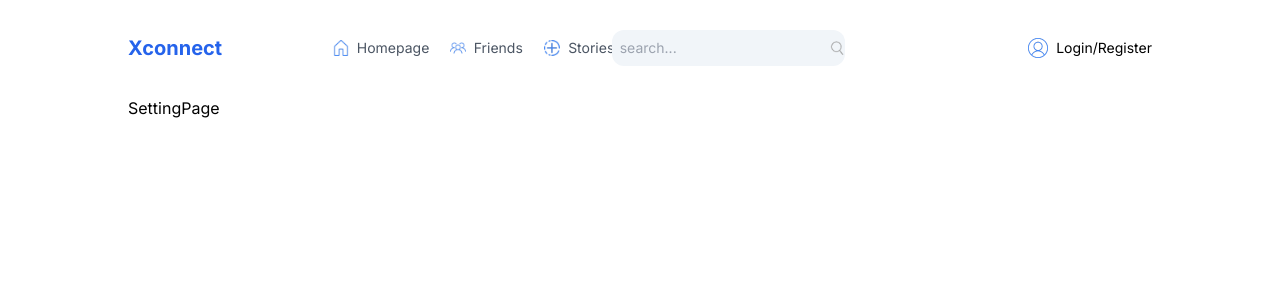
Repository: Tedydev-web/Xconnect
Page: /settings
These files come from the project's save history. The page is drawn as it stood at one moment and after the next save; the edit follows.
The browser window is 1280 px wide. The pictures show the whole page.
The page's requests for data from a server got no answer. The project was rebuilt for these pictures with package versions that can differ from the ones it lists, and the page was loaded fresh each time. Some packages were replaced by stand-ins written for this rebuild. The framework's server and built-in components were replaced by stand-ins that run in the browser. No one was signed in, and anything a server would have sent is missing. Also part of the build but not shown: next.config.mjs.

Above is the page before, as saved 2024-10-15 10:29:27.

### src/app/layout.tsx
import type { Metadata } from 'next';
import { Inter } from 'next/font/google';
import './globals.css';
import Navbar from '@/components/Navbar';
import { ClerkProvider } from '@clerk/nextjs';

const inter = Inter({ subsets: ['latin'] });

export const metadata: Metadata = {
	title: 'Xconnect',
	description: 'Social media app built with Next.js',
};

export default function RootLayout({
	children,
}: Readonly<{
	children: React.ReactNode;
}>) {
	return (
		<ClerkProvider>
			<html lang="en">
				<body className={inter.className}>
					<div className="w-full bg-white px-4 md:px-8 lg:px-16 xl:px-32 2xl:px-64">
						<Navbar />
					</div>
					<div className=" bg-black-100 px-4 md:px-8 lg:px-16 xl:px-32 2xl:px-64">{children}</div>
				</body>
			</html>
		</ClerkProvider>
	);
}

### src/app/settings/page.tsx
const SettingPage = () => {
  return (
    <div className=''>SettingPage</div>
  )
}

export default SettingPage

### src/app/globals.css
@tailwind base;
@tailwind components;
@tailwind utilities;

.scrollbar-hide::-webkit-scrollbar{
  display: none;
}

.scrollbar-hide{
  scrollbar-width: none;
}

### src/components/Navbar.tsx
import Link from 'next/link';
import MobileMenu from './MobileMenu';
import Image from 'next/image';
import { ClerkLoaded, ClerkLoading, SignedIn, SignedOut, UserButton } from '@clerk/nextjs';

const Navbar = () => {
	return (
		<div className="h-24 flex items-center justify-between">
			{/* LEFT */}
			<div className="md:hidden lg:block w-[20%]">
				<Link
					href="/"
					className="font-bold text-xl text-blue-600">
					Xconnect
				</Link>
			</div>
			{/* CENTER */}
			<div className="hidden md:flex w-[50%] text-sm items-center justify-between">
				{/* LINKS */}
				<div className="flex gap-6 text-gray-600">
					<Link
						href="/"
						className="flex items-center gap-2">
						<Image
							src="/home.png"
							alt="Homepage"
							width={16}
							height={16}
							className="w-4 h-4"
						/>
						<span>Homepage</span>
					</Link>
					<Link
						href="/"
						className="flex items-center gap-2">
						<Image
							src="/friends.png"
							alt="Friends"
							width={16}
							height={16}
							className="w-4 h-4"
						/>
						<span>Friends</span>
					</Link>
					<Link
						href="/"
						className="flex items-center gap-2">
						<Image
							src="/stories.png"
							alt="Stories"
							width={16}
							height={16}
							className="w-4 h-4"
						/>
						<span>Stories</span>
					</Link>
				</div>
				<div className="hidden xl:flex p-2 bg-slate-100 items-center rounded-xl">
					<input
						type="text"
						placeholder="search..."
						className="bg-transparent outline-none"
					/>
					<Image
						src="/search.png"
						alt=""
						width={14}
						height={14}
					/>
				</div>
			</div>
			{/* RIGHT */}
			<div className="w-[30%] flex items-center gap-4 xl:gap-8 justify-end">
				<ClerkLoading>
					<div className="inline-block h-4 w-4 animate-spin rounded-full border-2 border-gray-500 border-solid border-current border-e-transparent align-[-0.125em] text-surface motion-reduce:animate-[spin_1.5s_linear_infinite] dark:text-white" />
				</ClerkLoading>
				<ClerkLoaded>
					<SignedIn>
						<div className="cursor-pointer">
							<Image
								src="/people.png"
								alt=""
								width={24}
								height={24}
							/>
						</div>
						<div className="cursor-pointer">
							<Image
								src="/messages.png"
								alt=""
								width={20}
								height={20}
							/>
						</div>
						<div className="cursor-pointer">
							<Image
								src="/notifications.png"
								alt=""
								width={20}
								height={20}
							/>
						</div>
						<UserButton />
					</SignedIn>
					<SignedOut>
						<div className="flex items-center gap-2 text-sm">
							<Image
								src="/login.png"
								alt=""
								width={20}
								height={20}
							/>
							<Link href="/sign-in">Login/Register</Link>
						</div>
					</SignedOut>
				</ClerkLoaded>
				<MobileMenu />
			</div>
		</div>
	);
};

export default Navbar;

### src/components/MobileMenu.tsx
"use client";

import Link from "next/link";
import { useState } from "react";

const MobileMenu = () => {
  const [isOpen, setIsOpen] = useState(false);
  return (
    <div className="md:hidden">
      <div
        className="flex flex-col gap-[4.5px] cursor-pointer"
        onClick={() => setIsOpen((prev) => !prev)}
      >
        <div
          className={`w-6 h-1 bg-blue-500 rounded-sm ${
            isOpen ? "rotate-45" : ""
          } origin-left ease-in-out duration-500`}
        />
        <div
          className={`w-6 h-1 bg-blue-500 rounded-sm ${
            isOpen ? "opacity-0" : ""
          } ease-in-out duration-500`}
        />
        <div
          className={`w-6 h-1 bg-blue-500 rounded-sm ${
            isOpen ? "-rotate-45" : ""
          } origin-left ease-in-out duration-500`}
        />
      </div>
      {isOpen && (
        <div className="absolute left-0 top-24 w-full h-[calc(100vh-96px)] bg-white flex flex-col items-center justify-center gap-8 font-medium text-xl z-10">
          <Link href="/">Home</Link>
          <Link href="/">Friends</Link>
          <Link href="/">Groups</Link>
          <Link href="/">Stories</Link>
          <Link href="/">Login</Link>
        </div>
      )}
    </div>
  );
};

export default MobileMenu;

Loaded but not shown: tailwind.config.ts (common file)

After the next save:
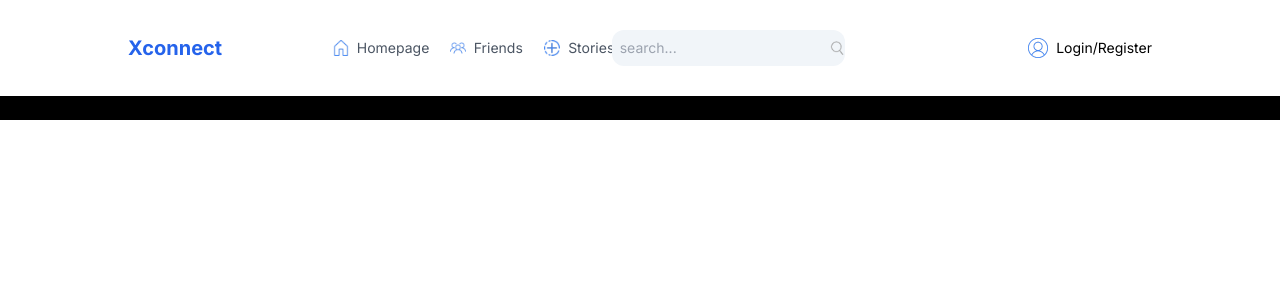
Saved 9 s later.
--- a/src/app/layout.tsx
+++ b/src/app/layout.tsx
@@ -23,7 +23,7 @@ export default function RootLayout({
 					<div className="w-full bg-white px-4 md:px-8 lg:px-16 xl:px-32 2xl:px-64">
 						<Navbar />
 					</div>
-					<div className=" bg-black-100 px-4 md:px-8 lg:px-16 xl:px-32 2xl:px-64">{children}</div>
+					<div className=" bg-black px-4 md:px-8 lg:px-16 xl:px-32 2xl:px-64">{children}</div>
 				</body>
 			</html>
 		</ClerkProvider>
